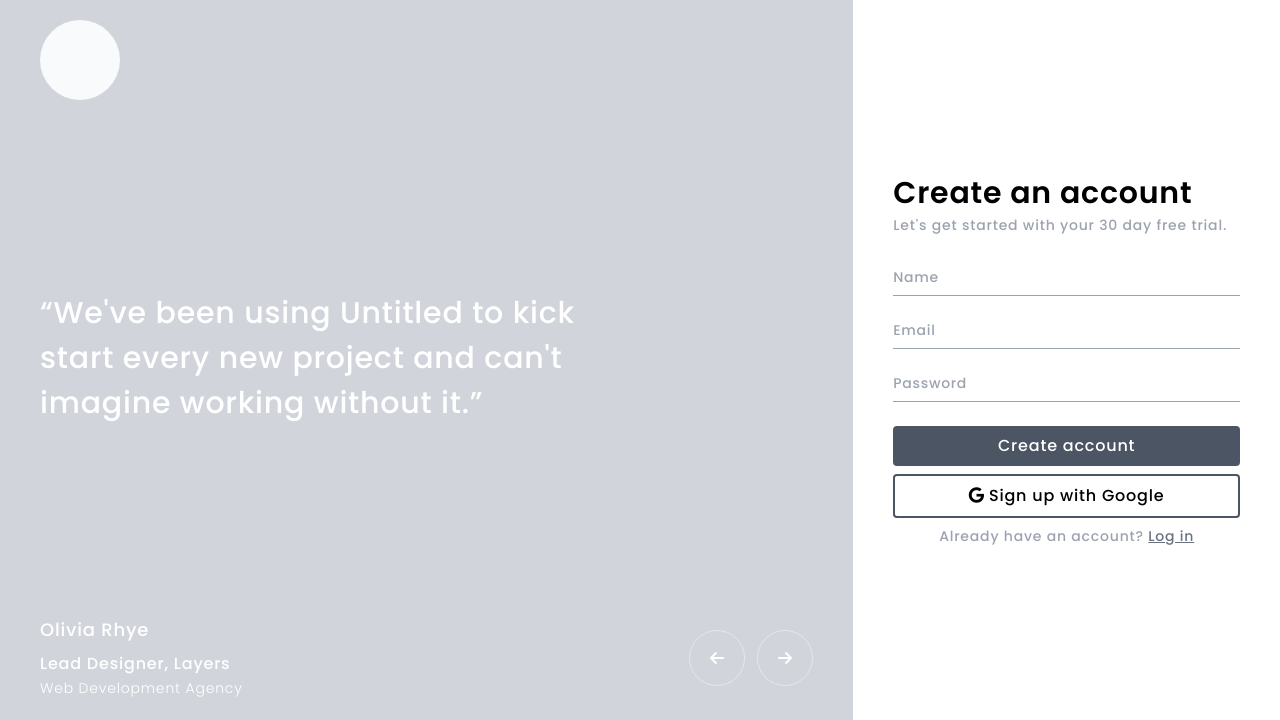
Repository: debthebuilder/youtube-html-contact-form-tailwindcss
Page: contact.html
These files come from the project's save history. The page is drawn as it stood at one moment and after the next save; the edit follows.
The browser window is 1280 px wide. The pictures show the whole page.
Some web libraries are served in a nearby version.

Above is the page before, as saved 2022-08-03 07:04:34.

After the next save:
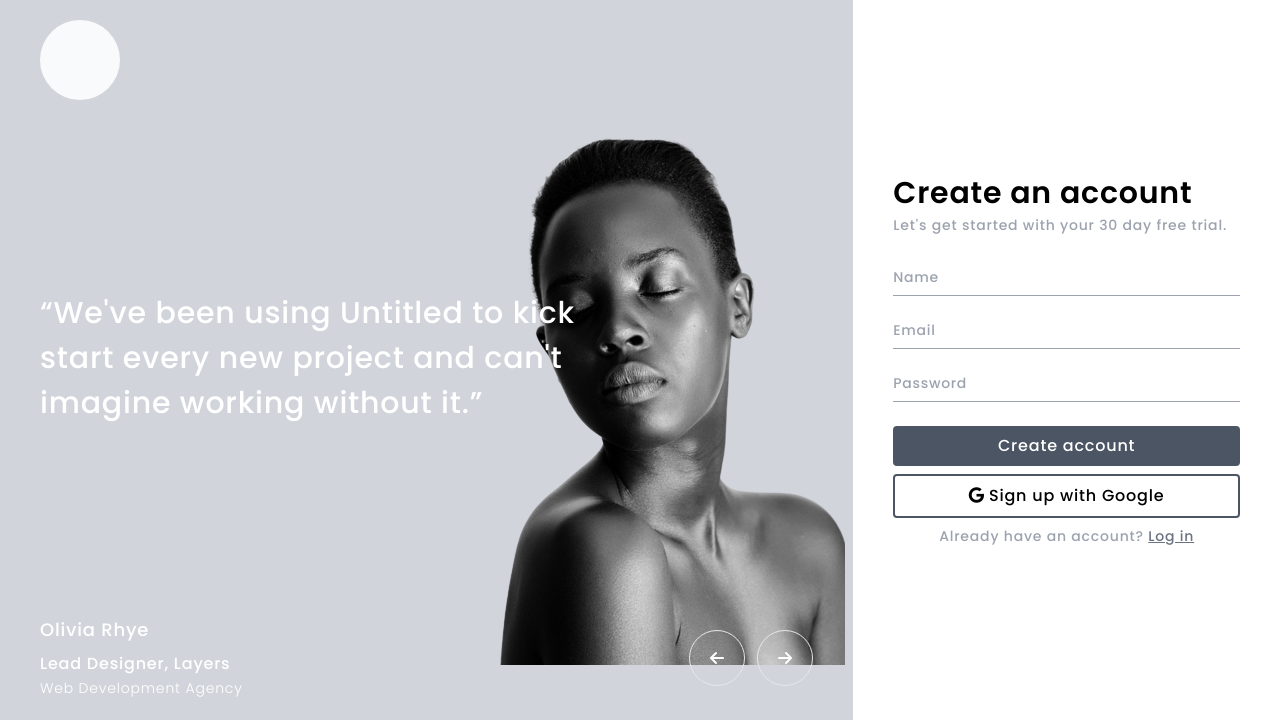
Saved 4 s later.
--- a/stylesheet.css
+++ b/stylesheet.css
@@ -4,5 +4,5 @@ body{
 
 .bgImg {
     width: 100%;
-    background: url(/assets/bg2.png) no-repeat center ce fixed;
+    background: url(/assets/bg2.png) no-repeat center center fixed;
 }
